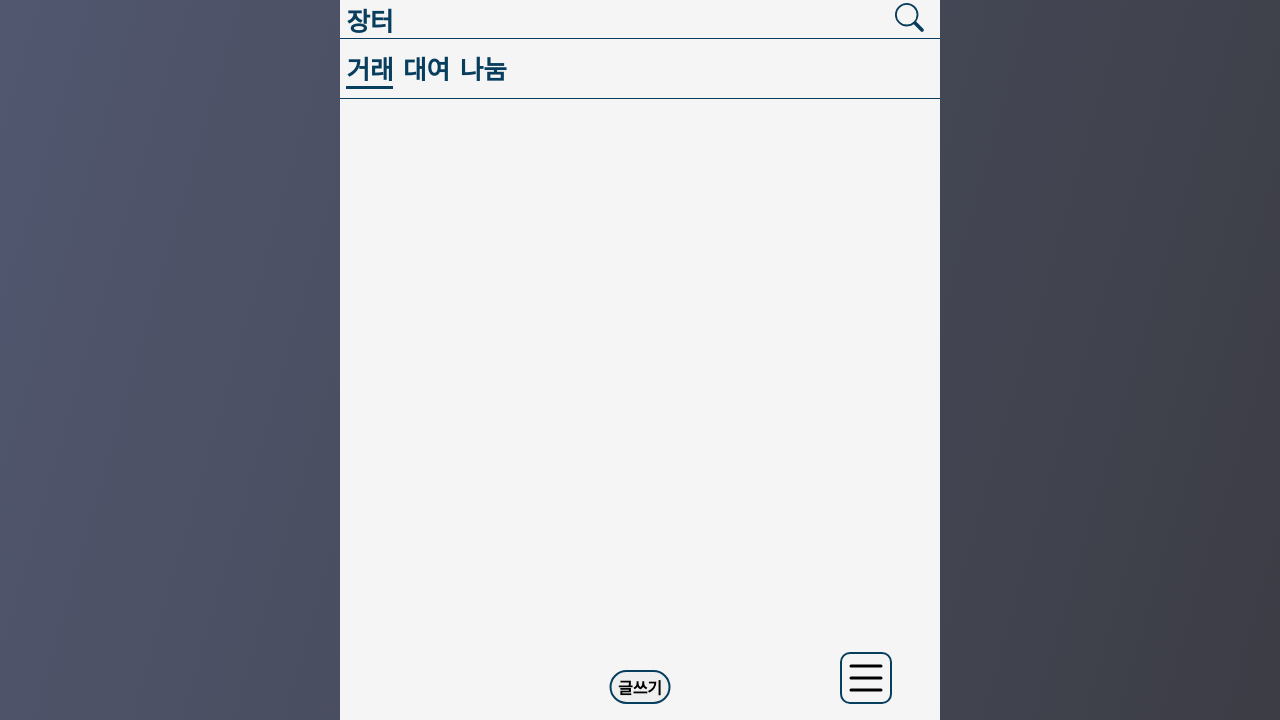
Repository: SeungYn/hanium
Page: /trade/trade
These files come from the project's save history. The page is drawn as it stood at one moment and after the next save; the edit follows.
The browser window is 1280 px wide. The pictures show the whole page.
The page's requests for data from a server got no answer. The project was rebuilt for these pictures with package versions that can differ from the ones it lists, and the page was loaded fresh each time. No one was signed in, and anything a server would have sent is missing. Also part of the build but not shown: src/App.css, src/components/Chat/ChatHeader/ChatHeader.module.css, src/components/Chat/ChatHeader/ChatHeader.jsx, src/components/Chat/ChatPeoples/ChatPeoples.jsx, src/components/Chat/ChatSideBar/ChatSideBar.module.css, src/components/Chat/ChatSideBar/ChatSideBar.jsx, src/components/ReadPopup/ReadPopup.module.css, src/components/ReadPopup/ReadPopup.jsx and 26 more.

Above is the page before, as saved 2022-11-21 13:43:14.

After the next save:
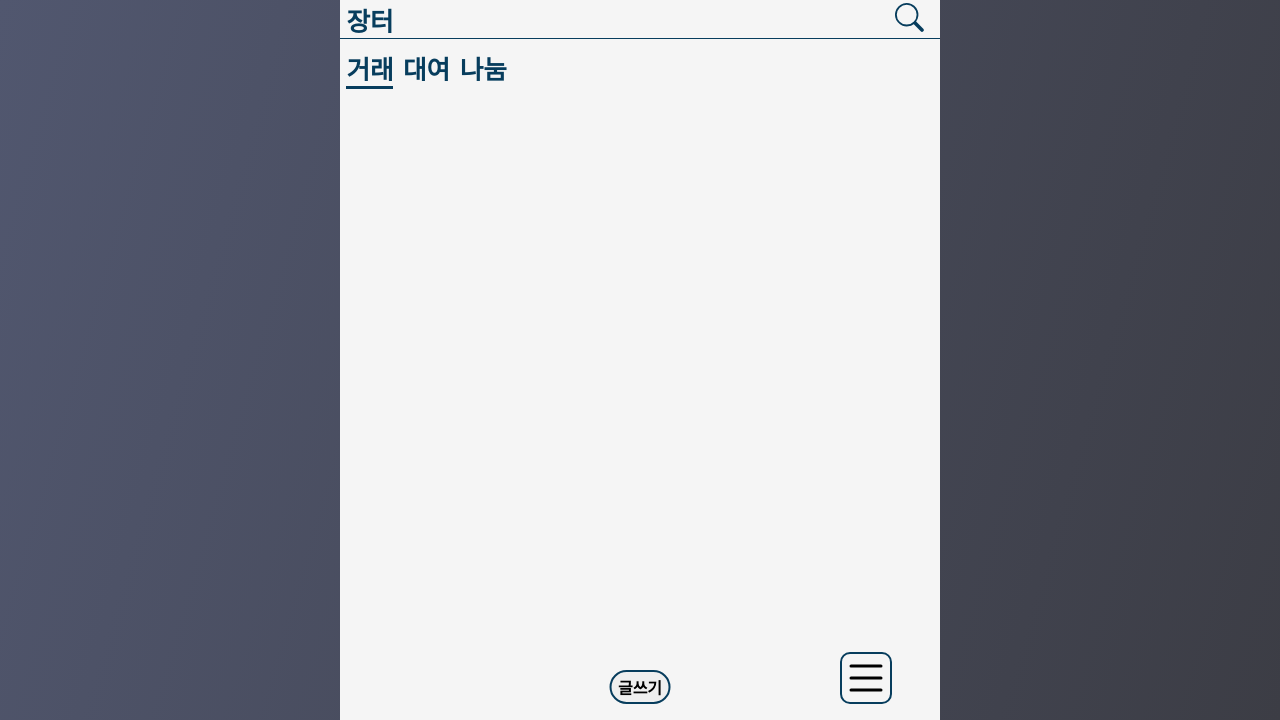
Saved 19 s later.
--- a/src/components/Trade/TradeCategory/TradeCategory.module.css
+++ b/src/components/Trade/TradeCategory/TradeCategory.module.css
@@ -2,7 +2,6 @@
   display: flex;
   padding: 0 0.4rem;
   padding-bottom: var(--padding-bottom);
-  border-bottom: 1px solid var(--color-main);
 }
 
 .category {
